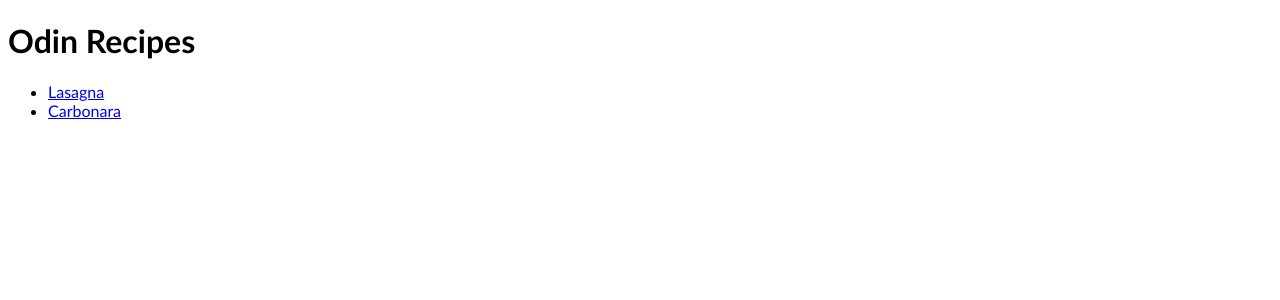
Repository: evemcd/odin_project
Page: odin-project1-recipes/index.html
An editor plug-in stored every save of this project. The page is shown before and after the next save, followed by the edit.
The browser window is 1280 px wide. The pictures show the whole page.

Above is the page before, as saved 2022-02-01 13:15:19.

### odin-project1-recipes/index.html
<!DOCTYPE html>
<html lang="en">
<head>
    <meta charset="UTF-8">
    <title>Odin Recipes</title>
    <link rel="stylesheet" href="./style.css">
</head>
<body>
    <h1>Odin Recipes</h1>
    <ul>
        <li><a href="./recipes/lasagna.html">Lasagna</a></li>
        <li><a href="./recipes/carbonara.html">Carbonara</a></li>
    </ul>
</body>
</html>

### odin-project1-recipes/style.css
* {
    font-family: 'Trebuchet MS', 'Lucida Sans Unicode', 'Lucida Grande', 'Lucida Sans', Arial, sans-serif;
}

After the next save:
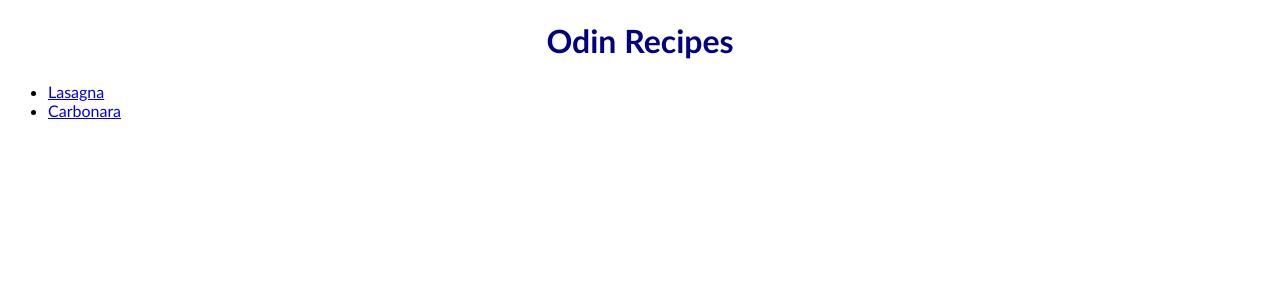
Saved 34 s later.
--- a/odin-project1-recipes/style.css
+++ b/odin-project1-recipes/style.css
@@ -1,3 +1,8 @@
 * {
     font-family: 'Trebuchet MS', 'Lucida Sans Unicode', 'Lucida Grande', 'Lucida Sans', Arial, sans-serif;
 }
+
+h1 {
+    text-align: center;
+    color: navy;
+}
